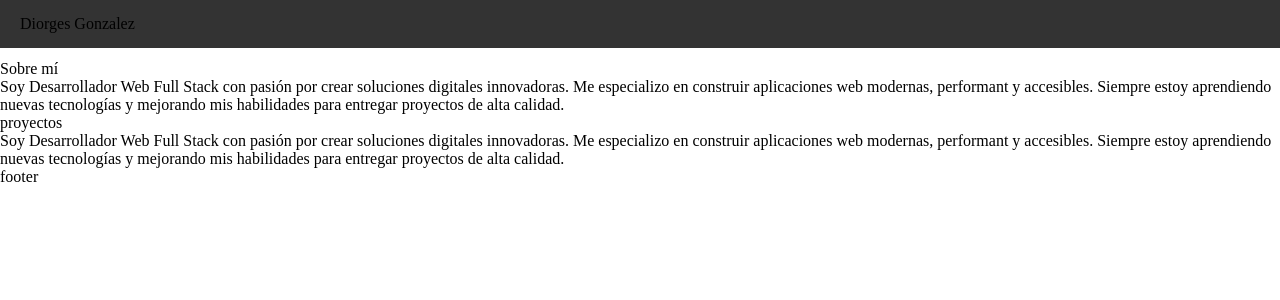
Repository: DenLion09/DenLion09.dots
Page: javascipt_withow_filter/basic/ejercisios/portfolio2/index.html
The author's editor kept a copy of each file at every save. The page is drawn from the files as they stood at one save, then again after the next save.
The browser window is 1280 px wide. The pictures show the whole page.

Above is the page before, as saved 2026-05-17 23:31:29.

### javascipt_withow_filter/basic/ejercisios/portfolio2/index.html
<!doctype html>
<html lang="es">
  <head>
    <meta charset="UTF-8" />
    <meta name="viewport" content="width=device-width, initial-scale=1.0" />
    <link rel="stylesheet" href="style.css" />
    <link rel="script" href="App.js" />
    <title>Document</title>
  </head>
  <body>
    <header>
      <p>Diorges Gonzalez</p>
      <button class="menu-toggle">☰</button>
      <nav class="nav-links">
        <a href="#inicio">inicio</a> <a href="#proyectos">proyectos</a>
        <a href="#contacto">contacto</a>
      </nav>
    </header>
    <section id="sobre-mi">
      <p>Sobre mí</p>
      <p>
        Soy Desarrollador Web Full Stack con pasión por crear soluciones
        digitales innovadoras. Me especializo en construir aplicaciones web
        modernas, performant y accesibles. Siempre estoy aprendiendo nuevas
        tecnologías y mejorando mis habilidades para entregar proyectos de alta
        calidad.
      </p>
    </section>
    <section id="proyectos">
      <p>proyectos</p>
      <p>
        Soy Desarrollador Web Full Stack con pasión por crear soluciones
        digitales innovadoras. Me especializo en construir aplicaciones web
        modernas, performant y accesibles. Siempre estoy aprendiendo nuevas
        tecnologías y mejorando mis habilidades para entregar proyectos de alta
        calidad.
      </p>
    </section>
    <footer>
      <p>footer</p>
    </footer>
  </body>
</html>

### javascipt_withow_filter/basic/ejercisios/portfolio2/style.css
* {
  margin: 0%;
  padding: 0%;
  box-sizing: border-box;
}

body {
  padding-top: 60px;
}

header {
  position: fixed;
  top: 0;
  width: 100%;
  background: #333;
  padding: 15px 20px;
  transition: all 0.3s ease;
}

header.scrolled {
  background: #222;
  box-shadow: 0 2px 10px rgba(0, 0, 0, 3);
}

nav {
  color: white;
  text-decoration: none;
  margin-right: 20px;
}

nav:hover {
  color: #f39c12;
}

.menu-toggle {
  display: none;
  background: none;
  border: none;
  color: white;
  font-size: 24px;
  cursor: pointer;
}

@media (max-whidth: 769px) {
  .menu-toggle {
    display: block;
  }
}

.nav-links {
  display: none;
  flex-direction: column;
  background: #333;
  position: absolute;
  top: 100%;
  left: 0;
  width: 100%;
  padding: 20px;
}

.nav-links.active {
  display: flex;
}

.nav-links a {
  margin: 10px;
}

html {
  scroll-behavior: smooth;
}

After the next save:
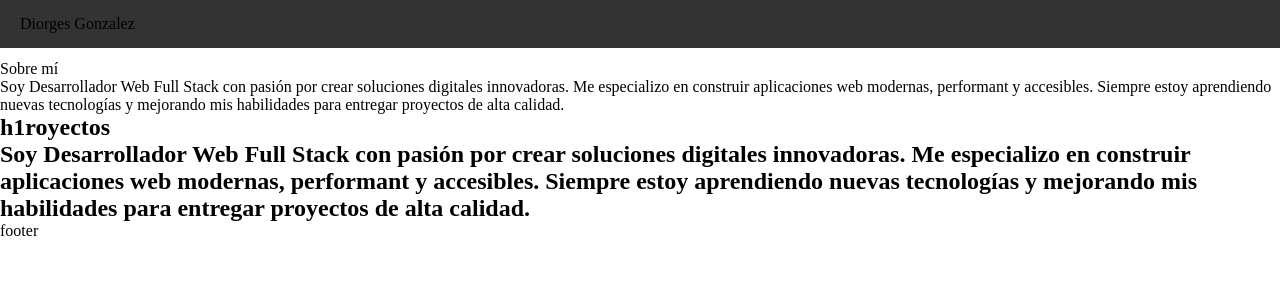
Saved 19 s later.
--- a/javascipt_withow_filter/basic/ejercisios/portfolio2/index.html
+++ b/javascipt_withow_filter/basic/ejercisios/portfolio2/index.html
@@ -27,7 +27,7 @@
       </p>
     </section>
     <section id="proyectos">
-      <p>proyectos</p>
+      <h1>h1royectos</p>
       <p>
         Soy Desarrollador Web Full Stack con pasión por crear soluciones
         digitales innovadoras. Me especializo en construir aplicaciones web
